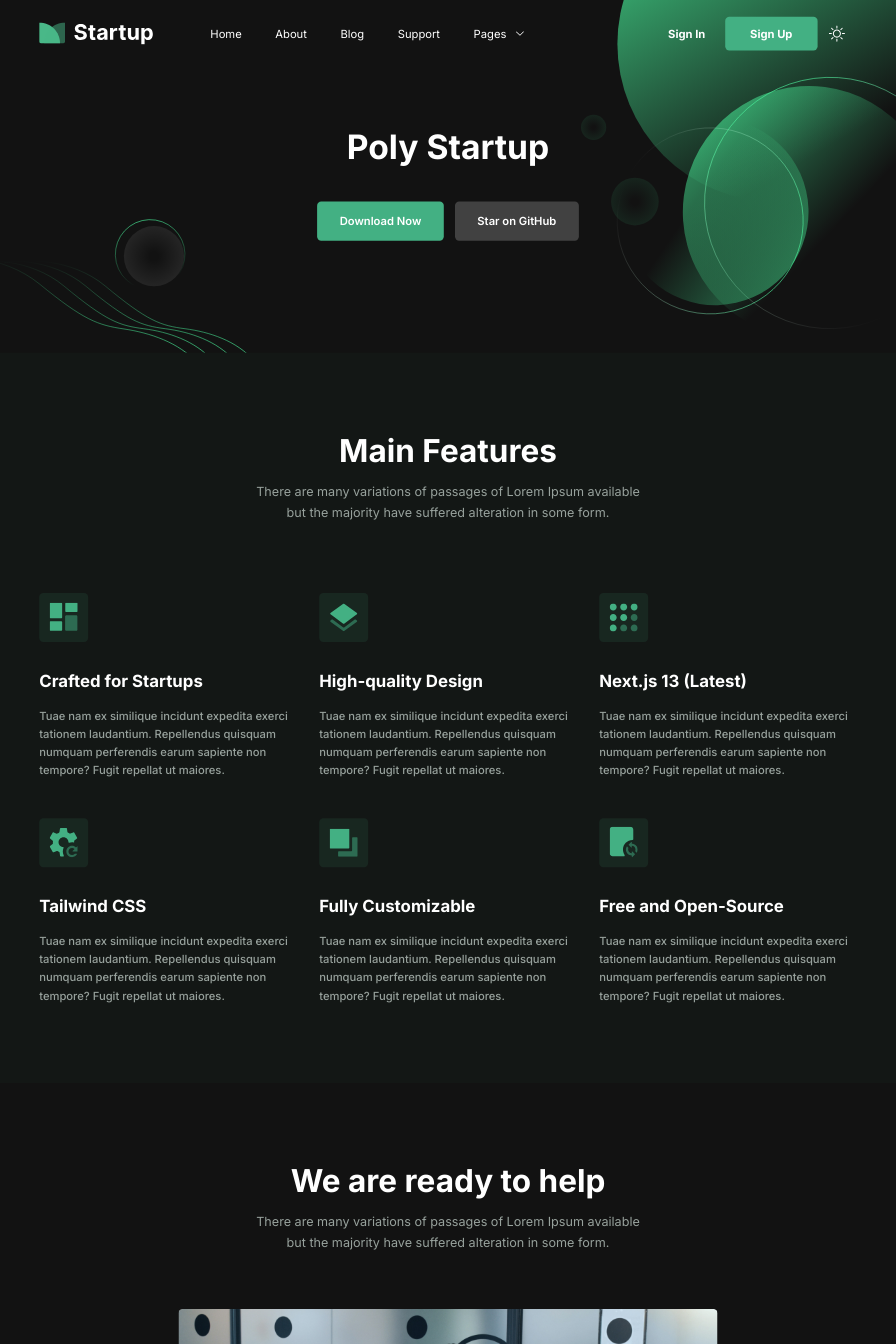
Repository: mosesvk/_startupPoly
Page: /
These files come from the project's save history. The page is drawn as it stood at one moment and after the next save; the edit follows.
The browser window is 1280 px wide. The pictures show the part of the page from y = 0 to 1920 px (the page is 8122 px tall), at 70% of full size.
The project was rebuilt for these pictures with package versions that can differ from the ones it lists, and the page was loaded fresh each time. The framework's server and built-in components were replaced by stand-ins that run in the browser. Also part of the build but not shown: next.config.js.

Above is the page before, as saved 2023-08-23 13:47:34.

After the next save:
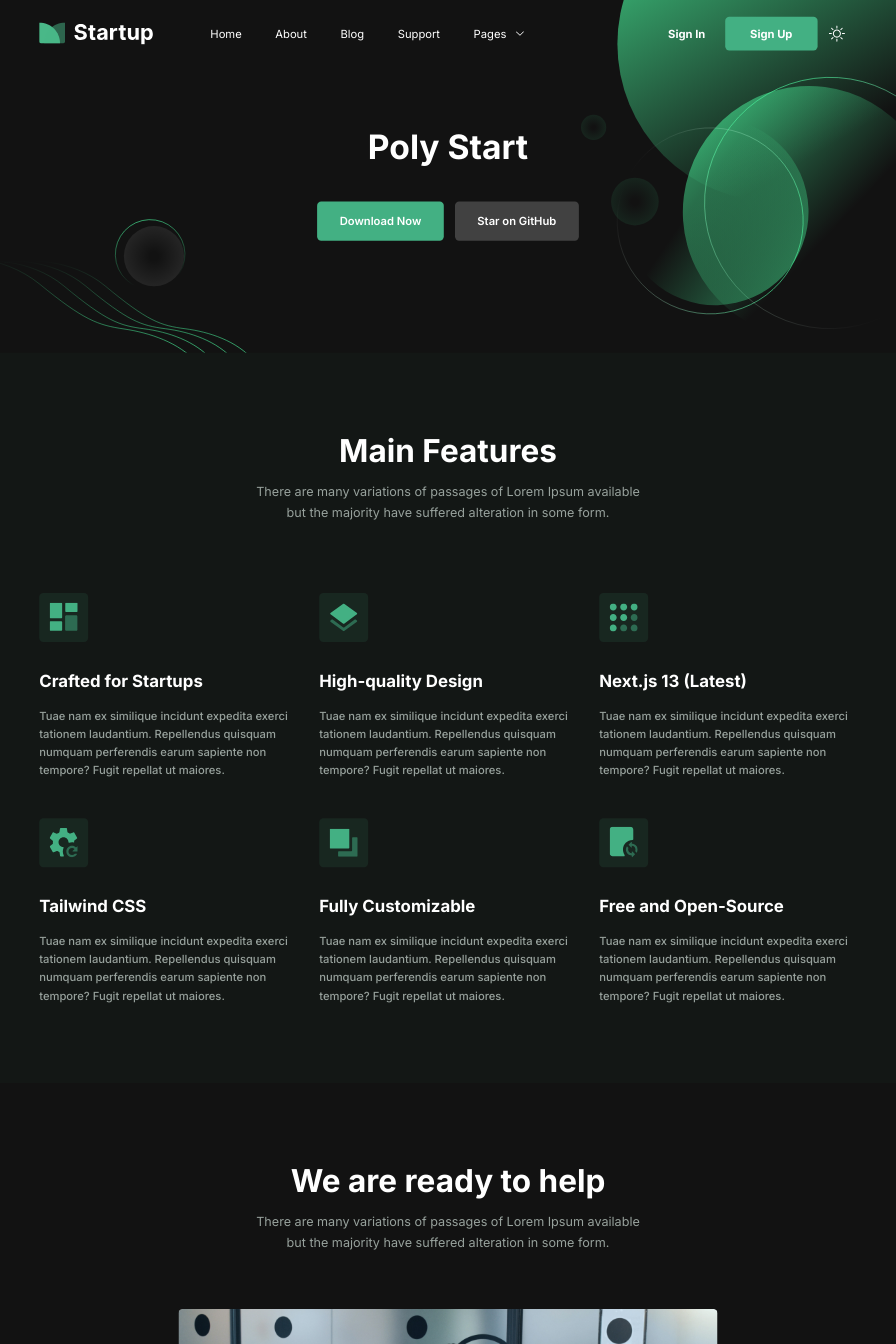
Saved 2 min 28 s later.
--- a/components/Hero/index.tsx
+++ b/components/Hero/index.tsx
@@ -15,7 +15,7 @@
                 data-wow-delay=".2s"
               >
                 <h1 className="mb-5 text-3xl font-bold leading-tight text-black dark:text-white sm:text-4xl sm:leading-tight md:text-5xl md:leading-tight">
-                  Poly Startup
+                  Poly Start
                 </h1>
                 <p className="mb-12 text-base font-medium !leading-relaxed text-body-color dark:text-white dark:opacity-90 sm:text-lg md:text-xl">
 
